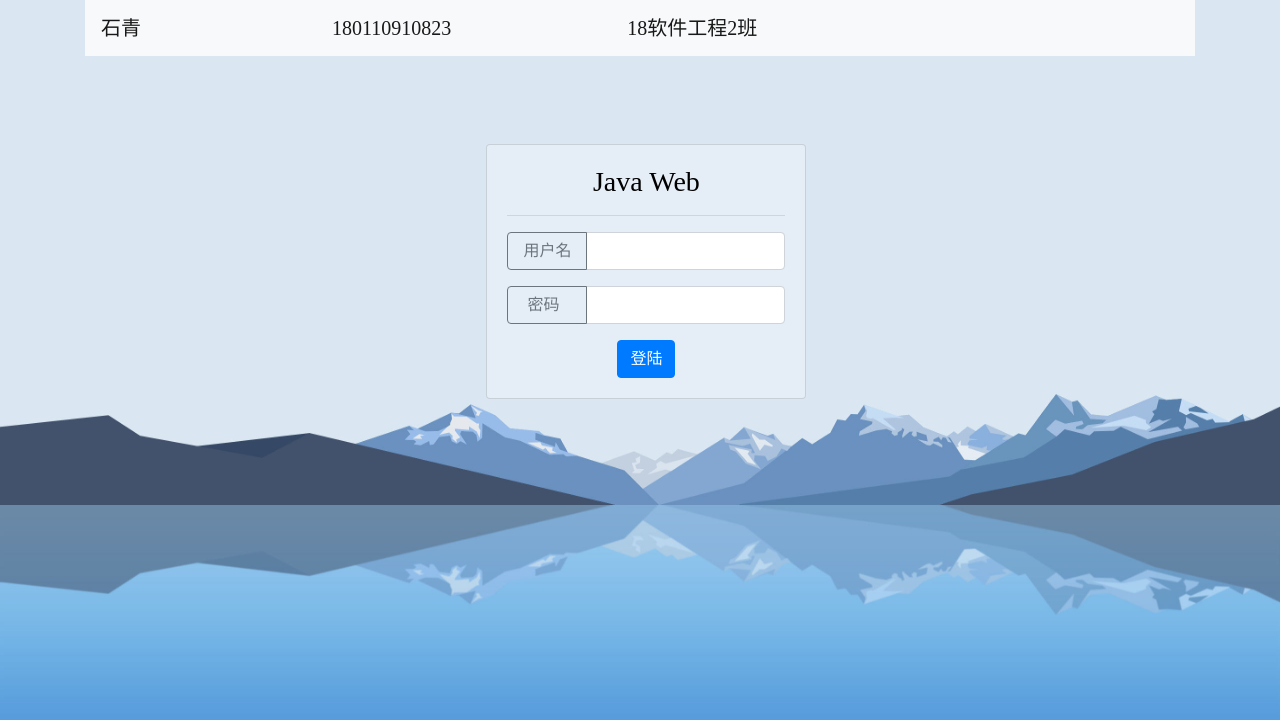
Repository: sqsssq/JavaWeb
Page: class1/IDEA/web/successful.html
The author's editor kept a copy of each file at every save. The page is drawn from the files as they stood at one save, then again after the next save.
The browser window is 1280 px wide. The pictures show the whole page.

Above is the page before, as saved 2020-09-25 00:38:55.

### class1/IDEA/web/successful.html
<!--
 * @Author: your name
 * @Date: 2020-09-23 10:46:47
 * @LastEditTime: 2020-09-25 00:38:49
 * @LastEditors: Please set LastEditors
 * @Description: In User Settings Edit
 * @FilePath: \IDEA\web\successful.html
-->
<!DOCTYPE html>
<html lang="en">
<head>
    <meta charset="UTF-8">
    <meta name="viewport" content="width=device-width, initial-scale=1, shrink-to-fit=no">
    <link rel="stylesheet" href="https://cdn.jsdelivr.net/npm/bootstrap@4.5.0/dist/css/bootstrap.min.css" integrity="sha384-9aIt2nRpC12Uk9gS9baDl411NQApFmC26EwAOH8WgZl5MYYxFfc+NcPb1dKGj7Sk" crossorigin="anonymous">
    <script src="https://cdn.jsdelivr.net/npm/jquery@3.5.1/dist/jquery.slim.min.js" integrity="sha384-DfXdz2htPH0lsSSs5nCTpuj/zy4C+OGpamoFVy38MVBnE+IbbVYUew+OrCXaRkfj" crossorigin="anonymous"></script>
    <script src="https://cdn.jsdelivr.net/npm/popper.js@1.16.0/dist/umd/popper.min.js" integrity="sha384-Q6E9RHvbIyZFJoft+2mJbHaEWldlvI9IOYy5n3zV9zzTtmI3UksdQRVvoxMfooAo" crossorigin="anonymous"></script>
    <script src="https://cdn.jsdelivr.net/npm/bootstrap@4.5.0/dist/js/bootstrap.min.js" integrity="sha384-OgVRvuATP1z7JjHLkuOU7Xw704+h835Lr+6QL9UvYjZE3Ipu6Tp75j7Bh/kR0JKI" crossorigin="anonymous"></script>

    <title>Title</title>
    <style>
        html {
            height: 100%;
        }
        body {
            height: 100%;
            background-image: url("./img/bcg2.jpg");
            background-repeat: no-repeat;
            background-size: 100% 100%;
            background-position: center center;
        }
    </style>
</head>
<body>
    <div class="container" style="font-family: 华文行楷;">
        <nav class="navbar navbar-expand-lg navbar-light bg-light">
            <a class="navbar-brand" href="#">石青 &nbsp;&nbsp;&nbsp;&nbsp;&nbsp;&nbsp;&nbsp;&nbsp;&nbsp;&nbsp;&nbsp;&nbsp;&nbsp;&nbsp;&nbsp;&nbsp;&nbsp;&nbsp;&nbsp;&nbsp;&nbsp;&nbsp;&nbsp;&nbsp;&nbsp;&nbsp;&nbsp;&nbsp;&nbsp;&nbsp;&nbsp;&nbsp;&nbsp;&nbsp;</a>
            <a class="navbar-brand" href="#">180110910823&nbsp;&nbsp;&nbsp;&nbsp;&nbsp;&nbsp;&nbsp;&nbsp;&nbsp;&nbsp;&nbsp;&nbsp;&nbsp;&nbsp;&nbsp;&nbsp;&nbsp;&nbsp;&nbsp;&nbsp;&nbsp;&nbsp;&nbsp;&nbsp;&nbsp;&nbsp;&nbsp;&nbsp;&nbsp;&nbsp;&nbsp;&nbsp;</a>
            <a class="navbar-brand" href="#">18软件工程2班</a>

        </nav>
        <form method="post" action="loginAction.jsp">

    <!--    <form>-->
        <div class="card" style="width: 20rem; position:absolute; left: 38%; float: left; top: 20%; background: rgba(255, 255, 255, 0.3);">
            <div class="card-body" style="text-align: center; opacity: 100%;">
                <h3 class="card-title" style="color: black;">Java Web</h3>
                <hr>
                <div class="input-group mb-3">
                    <div class="input-group-prepend">
                        <button class="btn btn-outline-secondary" style="width: 80px;" type="button">用户名</button>
                    </div>
                    <input type="text" class="form-control" name="un" id="und">
                </div>
                <div class="input-group mb-3">
                    <div class="input-group-prepend">
                        <button class="btn btn-outline-secondary" style="width: 80px;" type="button">密码 &nbsp;</button>

                    </div>
                    <input type="password" class="form-control" name="ps" id="psd">

                </div>
    <!--            <div class="alert alert-warning alert-dismissible fade show" role="alert">-->
    <!--                <strong>ERROR</strong> 用户名或密码错误-->
    <!--                <button type="button" class="close" data-dismiss="alert" aria-label="Close">-->
    <!--                    <span aria-hidden="true">&times;</span>-->
    <!--                </button>-->
    <!--            </div>-->
                <input  class="btn btn-primary" value="登陆" id="btn1" type="submit">
    <!--            <input  class="btn btn-success" value="注册" id="btn2" type="submit">-->
    <!--            <button class="btn btn-block" id="btn">登陆</button>-->
            </div>
        </div>
        </form>
    </div>
</body>
</html>

After the next save:
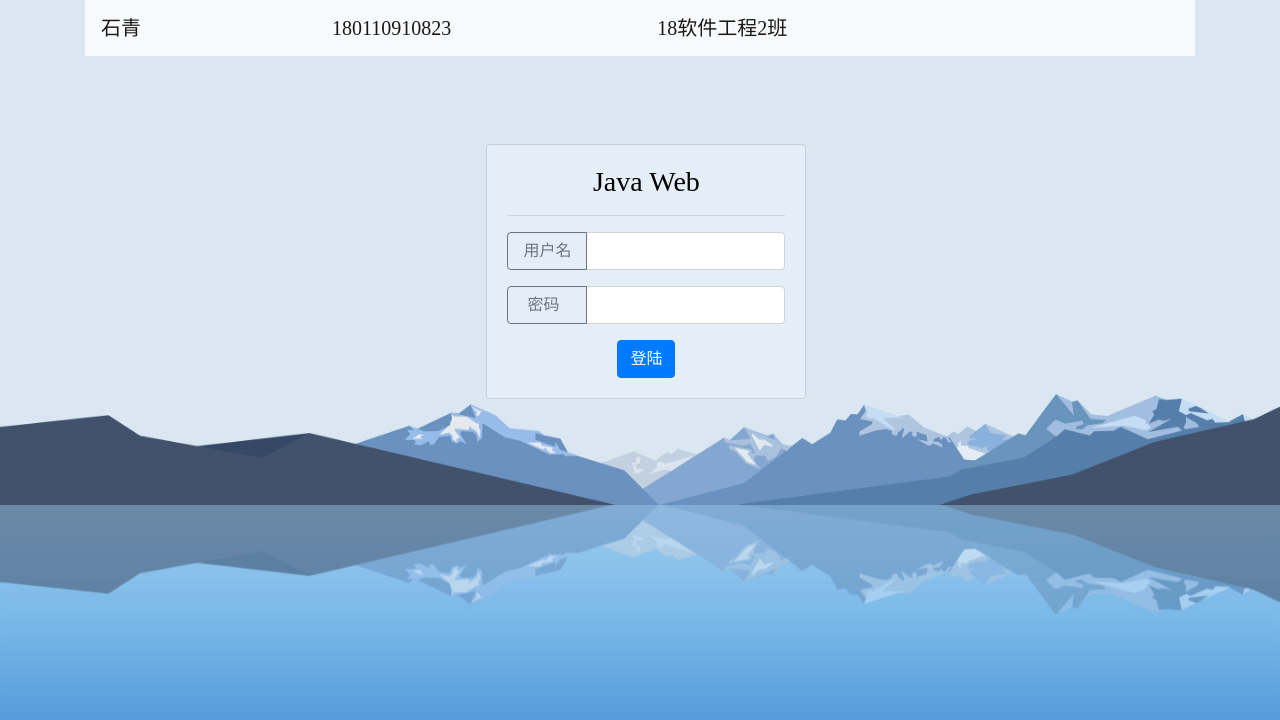
Saved 8 s later.
--- a/class1/IDEA/web/successful.html
+++ b/class1/IDEA/web/successful.html
@@ -1,7 +1,7 @@
 <!--
  * @Author: your name
  * @Date: 2020-09-23 10:46:47
- * @LastEditTime: 2020-09-25 00:38:49
+ * @LastEditTime: 2020-09-25 00:39:03
  * @LastEditors: Please set LastEditors
  * @Description: In User Settings Edit
  * @FilePath: \IDEA\web\successful.html
@@ -34,7 +34,7 @@
     <div class="container" style="font-family: 华文行楷;">
         <nav class="navbar navbar-expand-lg navbar-light bg-light">
             <a class="navbar-brand" href="#">石青 &nbsp;&nbsp;&nbsp;&nbsp;&nbsp;&nbsp;&nbsp;&nbsp;&nbsp;&nbsp;&nbsp;&nbsp;&nbsp;&nbsp;&nbsp;&nbsp;&nbsp;&nbsp;&nbsp;&nbsp;&nbsp;&nbsp;&nbsp;&nbsp;&nbsp;&nbsp;&nbsp;&nbsp;&nbsp;&nbsp;&nbsp;&nbsp;&nbsp;&nbsp;</a>
-            <a class="navbar-brand" href="#">180110910823&nbsp;&nbsp;&nbsp;&nbsp;&nbsp;&nbsp;&nbsp;&nbsp;&nbsp;&nbsp;&nbsp;&nbsp;&nbsp;&nbsp;&nbsp;&nbsp;&nbsp;&nbsp;&nbsp;&nbsp;&nbsp;&nbsp;&nbsp;&nbsp;&nbsp;&nbsp;&nbsp;&nbsp;&nbsp;&nbsp;&nbsp;&nbsp;</a>
+            <a class="navbar-brand" href="#">180110910823&nbsp;&nbsp;&nbsp;&nbsp;&nbsp;&nbsp;&nbsp;&nbsp;&nbsp;&nbsp;&nbsp;&nbsp;&nbsp;&nbsp;&nbsp;&nbsp;&nbsp;&nbsp;&nbsp;&nbsp;&nbsp;&nbsp;&nbsp;&nbsp;&nbsp;&nbsp;&nbsp;&nbsp;&nbsp;&nbsp;&nbsp;&nbsp;&nbsp;&nbsp;&nbsp;&nbsp;&nbsp;&nbsp;</a>
             <a class="navbar-brand" href="#">18软件工程2班</a>
 
         </nav>
